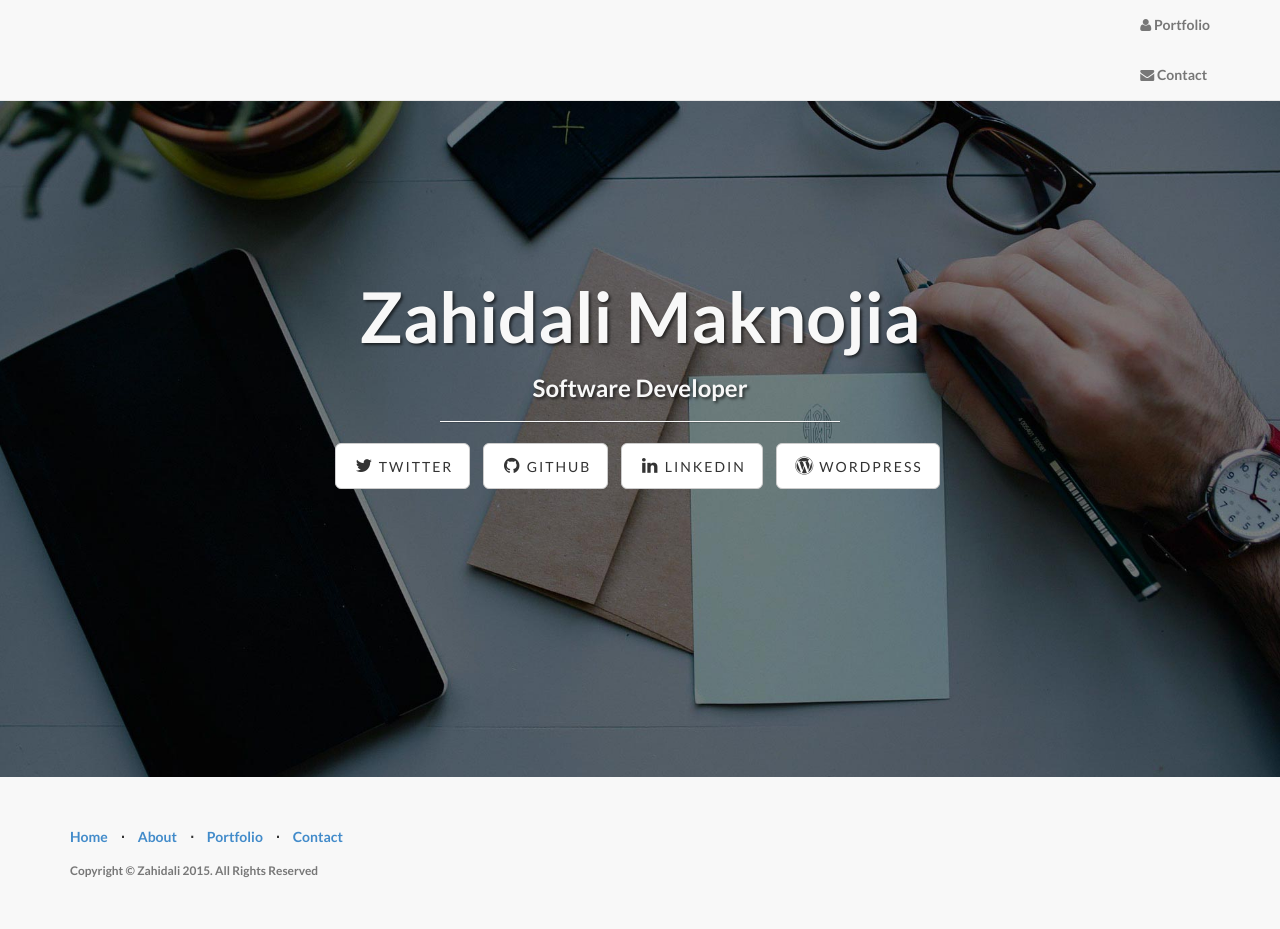
Repository: zahidmak/zahidmak.github.io
Page: index.html
The author's editor kept a record of every edit. The page is drawn from the files as they stood at one moment, then again after the next edit.
The browser window is 1280 px wide. The pictures show the whole page.

Above is the page before.

### index.html
<!DOCTYPE html>
<html lang="en">

<head>

    <meta charset="utf-8">
    <meta http-equiv="X-UA-Compatible" content="IE=edge">
    <meta name="viewport" content="width=device-width, initial-scale=1">
    <meta name="description" content="">
    <meta name="author" content="">

    <title>Zahidali - Software Developer</title>

    <!-- Bootstrap Core CSS -->
    <link href="css/bootstrap.min.css" rel="stylesheet">

    <!-- Custom CSS -->
    <link href="css/landing-page.css" rel="stylesheet">

    <!-- Custom Fonts -->
    <link href="font-awesome-4.1.0/css/font-awesome.min.css" rel="stylesheet" type="text/css">
    <link href="css/style.css" rel="stylesheet" type="text/css"/>
    <link href="http://fonts.googleapis.com/css?family=Lato:300,400,700,300italic,400italic,700italic" rel="stylesheet" type="text/css">

    <!-- HTML5 Shim and Respond.js IE8 support of HTML5 elements and media queries -->
    <!-- WARNING: Respond.js doesn't work if you view the page via file:// -->
    <!--[if lt IE 9]>
        <script src="https://oss.maxcdn.com/libs/html5shiv/3.7.0/html5shiv.js"></script>
        <script src="https://oss.maxcdn.com/libs/respond.js/1.4.2/respond.min.js"></script>
    <![endif]-->
    <script>
      (function(i,s,o,g,r,a,m){i['GoogleAnalyticsObject']=r;i[r]=i[r]||function(){
      (i[r].q=i[r].q||[]).push(arguments)},i[r].l=1*new Date();a=s.createElement(o),
      m=s.getElementsByTagName(o)[0];a.async=1;a.src=g;m.parentNode.insertBefore(a,m)
      })(window,document,'script','//www.google-analytics.com/analytics.js','ga');

      ga('create', 'UA-57121421-1', 'auto');
      ga('send', 'pageview');

    </script>
</head>

<body>

    <!-- Navigation -->
    <nav class="navbar navbar-default navbar-fixed-top" role="navigation">
        <div class="container">
            <!-- Brand and toggle get grouped for better mobile display -->
            <div class="navbar-header">
                <button type="button" class="navbar-toggle" data-toggle="collapse" data-target="#bs-example-navbar-collapse-1">
                    <span class="sr-only">Toggle navigation</span>
                    <span class="icon-bar"></span>
                    <span class="icon-bar"></span>
                    <span class="icon-bar"></span>
                </button>
             <!--   <a class="navbar-brand" href="#">Start Bootstrap</a> -->
            </div>
            <!-- Collect the nav links, forms, and other content for toggling -->
            <div class="collapse navbar-collapse" id="bs-example-navbar-collapse-1">
                <ul class="nav navbar-nav navbar-right">
                   <!-- <li>
                        <a href="#">About</a>
                    </li>
                    <li>
                        <a href="#">Portfolio</a>
                    </li> -->
                    <li>
                         <a href="/portfolio.html"><i class="fa fa-user"></i> Portfolio</a>
                        <a href="mailto:zahid2304@gmail.com"><i class="fa fa-envelope"></i> Contact</a>
                    </li>
                </ul>
            </div>
            <!-- /.navbar-collapse -->
        </div>
        <!-- /.container -->
    </nav>

    <!-- Header -->
    <div class="intro-header">

        <div class="container">

            <div class="row">
                <div class="col-lg-12">
                    <div class="intro-message">
                        <h1>Zahidali Maknojia</h1>
                        <h3>Software Developer</h3>
                        <hr class="intro-divider">
                        <ul class="list-inline intro-social-buttons">
                            <li>
                                <a href="https://twitter.com/zahid_mak" class="btn btn-default btn-lg" target="_blank"><i class="fa fa-twitter fa-fw"></i> <span class="network-name">Twitter</span></a>
                            </li>
                            <li>
                                <a href="https://github.com/zahidmak" class="btn btn-default btn-lg" target="_blank"><i class="fa fa-github fa-fw"></i> <span class="network-name">Github</span></a>
                            </li>
                            <li>
                                <a href="https://ca.linkedin.com/pub/zahidali-maknojia/23/954/9b/" target="_blank" class="btn btn-default btn-lg"><i class="fa fa-linkedin fa-fw"></i> <span class="network-name">Linkedin</span></a>
                            </li>
                               <li>
                                <a href="https://zahidmak.wordpress.com/" class="btn btn-default btn-lg" target="_blank"><i class="fa fa-wordpress fa-fw"></i> <span class="network-name">Wordpress</span></a>
                            </li>
                        </ul>
                    </div>
                </div>
            </div>

        </div>
        <!-- /.container -->

    </div>
    <!-- /.intro-header -->

    <!-- Page Content -->

   <!-- <div class="content-section-a">

        <div class="container">

            <div class="row">
                <div class="col-lg-5 col-sm-6">
                    <hr class="section-heading-spacer">
                    <div class="clearfix"></div>
                    <h2 class="section-heading">Death to the Stock Photo:<br>Special Thanks</h2>
                    <p class="lead">A special thanks to <a target="_blank" href="http://join.deathtothestockphoto.com/">Death to the Stock Photo</a> for providing the photographs that you see in this template. Visit their website to become a member.</p>
                </div>
                <div class="col-lg-5 col-lg-offset-2 col-sm-6">
                    <img class="img-responsive" src="img/ipad.png" alt="">
                </div>
            </div>

        </div>


    </div>


    <div class="content-section-b">

        <div class="container">

            <div class="row">
                <div class="col-lg-5 col-lg-offset-1 col-sm-push-6  col-sm-6">
                    <hr class="section-heading-spacer">
                    <div class="clearfix"></div>
                    <h2 class="section-heading">3D Device Mockups<br>by PSDCovers</h2>
                    <p class="lead">Turn your 2D designs into high quality, 3D product shots in seconds using free Photoshop actions by <a target="_blank" href="http://www.psdcovers.com/">PSDCovers</a>! Visit their website to download some of their awesome, free photoshop actions!</p>
                </div>
                <div class="col-lg-5 col-sm-pull-6  col-sm-6">
                    <img class="img-responsive" src="img/dog.png" alt="">
                </div>
            </div>

        </div>


    </div>


    <div class="content-section-a">

        <div class="container">

            <div class="row">
                <div class="col-lg-5 col-sm-6">
                    <hr class="section-heading-spacer">
                    <div class="clearfix"></div>
                    <h2 class="section-heading">Google Web Fonts and<br>Font Awesome Icons</h2>
                    <p class="lead">This template features the 'Lato' font, part of the <a target="_blank" href="http://www.google.com/fonts">Google Web Font library</a>, as well as <a target="_blank" href="http://fontawesome.io">icons from Font Awesome</a>.</p>
                </div>
                <div class="col-lg-5 col-lg-offset-2 col-sm-6">
                    <img class="img-responsive" src="img/phones.png" alt="">
                </div>
            </div>

        </div>


    </div>


    <div class="banner">

        <div class="container">

            <div class="row">
                <div class="col-lg-6">
                    <h2>Connect to Start Bootstrap:</h2>
                </div>
                <div class="col-lg-6">
                    <ul class="list-inline banner-social-buttons">
                        <li>
                            <a href="https://twitter.com/SBootstrap" class="btn btn-default btn-lg"><i class="fa fa-twitter fa-fw"></i> <span class="network-name">Twitter</span></a>
                        </li>
                        <li>
                            <a href="https://github.com/IronSummitMedia/startbootstrap" class="btn btn-default btn-lg"><i class="fa fa-github fa-fw"></i> <span class="network-name">Github</span></a>
                        </li>
                        <li>
                            <a href="#" class="btn btn-default btn-lg"><i class="fa fa-linkedin fa-fw"></i> <span class="network-name">Linkedin</span></a>
                        </li>
                    </ul>
                </div>
            </div>

        </div>


    </div>
    <!-- /.banner -->

    <!-- Footer -->
    <footer>
        <div class="container">
            <div class="row">
                <div class="col-lg-12">
                    <ul class="list-inline">
                        <li>
                            <a href="#home">Home</a>
                        </li>
                        <li class="footer-menu-divider">&sdot;</li>
                        <li>
                            <a href="#about">About</a>
                        </li>
                        <li class="footer-menu-divider">&sdot;</li>
                        <li>
                            <a href="/portfolio.html">Portfolio</a>
                        </li>
                        <li class="footer-menu-divider">&sdot;</li>
                        <li>
                            <a href="mailto:zahid2304@gmail.com">Contact</a>
                        </li>
                    </ul>
                    <p class="copyright text-muted small">Copyright &copy; Zahidali 2015. All Rights Reserved</p>
                </div>
            </div>
        </div>
    </footer>

    <!-- jQuery Version 1.11.0 -->
    <script src="js/jquery-1.11.0.js"></script>

    <!-- Bootstrap Core JavaScript -->
    <script src="js/bootstrap.min.js"></script>

</body>

</html>

### css/landing-page.css
/*!
 * Start Bootstrap - Landing Page Bootstrap Theme (http://startbootstrap.com)
 * Code licensed under the Apache License v2.0.
 * For details, see http://www.apache.org/licenses/LICENSE-2.0.
 */

body,
html {
    width: 100%;
    height: 100%;
}

body,
h1,
h2,
h3,
h4,
h5,
h6 {
    font-family: "Lato","Helvetica Neue",Helvetica,Arial,sans-serif;
    font-weight: 700;
}

.lead {
    font-size: 18px;
    font-weight: 400;
}

.intro-header {
    padding-top: 50px; /* If you're making other pages, make sure there is 50px of padding to make sure the navbar doesn't overlap content! */
    padding-bottom: 50px;
    text-align: center;
    color: #f8f8f8;
    background: url(../img/intro-bg.jpg) no-repeat center center;
    background-size: cover;
}

.intro-message {
    position: relative;
    padding-top: 20%;
    padding-bottom: 20%;
}

.intro-message > h1 {
    margin: 0;
    text-shadow: 2px 2px 3px rgba(0,0,0,0.6);
    font-size: 5em;
}

.intro-divider {
    width: 400px;
    border-top: 1px solid #f8f8f8;
    border-bottom: 1px solid rgba(0,0,0,0.2);
}

.intro-message > h3 {
    text-shadow: 2px 2px 3px rgba(0,0,0,0.6);
}

@media(max-width:767px) {
    .intro-message {
        padding-bottom: 15%;
    }

    .intro-message > h1 {
        font-size: 3em;
    }

    ul.intro-social-buttons > li {
        display: block;
        margin-bottom: 20px;
        padding: 0;
    }

    ul.intro-social-buttons > li:last-child {
        margin-bottom: 0;
    }

    .intro-divider {
        width: 100%;
    }
}

.network-name {
    text-transform: uppercase;
    font-size: 14px;
    font-weight: 400;
    letter-spacing: 2px;
}

.content-section-a {
    padding: 50px 0;
    background-color: #f8f8f8;
}

.content-section-b {
    padding: 50px 0;
    border-top: 1px solid #e7e7e7;
    border-bottom: 1px solid #e7e7e7;
}

.section-heading {
    margin-bottom: 30px;
}

.section-heading-spacer {
    float: left;
    width: 200px;
    border-top: 3px solid #e7e7e7;
}

.banner {
    padding: 100px 0;
    color: #f8f8f8;
    background: url(../img/banner-bg.jpg) no-repeat center center;
    background-size: cover;
}

.banner h2 {
    margin: 0;
    text-shadow: 2px 2px 3px rgba(0,0,0,0.6);
    font-size: 3em;
}

.banner ul {
    margin-bottom: 0;
}

.banner-social-buttons {
    float: right;
    margin-top: 0;
}

@media(max-width:1199px) {
    ul.banner-social-buttons {
        float: left;
        margin-top: 15px;
    }
}

@media(max-width:767px) {
    .banner h2 {
        margin: 0;
        text-shadow: 2px 2px 3px rgba(0,0,0,0.6);
        font-size: 3em;
    }

    ul.banner-social-buttons > li {
        display: block;
        margin-bottom: 20px;
        padding: 0;
    }

    ul.banner-social-buttons > li:last-child {
        margin-bottom: 0;
    }
}

footer {
    padding: 50px 0;
    background-color: #f8f8f8;
}

p.copyright {
    margin: 15px 0 0;
}

### css/style.css
.timeline {
    list-style: none;
    padding: 20px 0 20px;
    position: relative;
}

    .timeline:before {
        top: 0;
        bottom: 0;
        position: absolute;
        content: " ";
        width: 3px;
        background-color: #eeeeee;
        left: 50%;
        margin-left: -1.5px;
    }

    .timeline > li {
        margin-bottom: 20px;
        position: relative;
    }

        .timeline > li:before,
        .timeline > li:after {
            content: " ";
            display: table;
        }

        .timeline > li:after {
            clear: both;
        }

        .timeline > li:before,
        .timeline > li:after {
            content: " ";
            display: table;
        }

        .timeline > li:after {
            clear: both;
        }

        .timeline > li > .timeline-panel {
            width: 46%;
            float: left;
            border: 1px solid #d4d4d4;
            border-radius: 2px;
            padding: 20px;
            position: relative;
            -webkit-box-shadow: 0 1px 6px rgba(0, 0, 0, 0.175);
            box-shadow: 0 1px 6px rgba(0, 0, 0, 0.175);
        }

            .timeline > li > .timeline-panel:before {
                position: absolute;
                top: 26px;
                right: -15px;
                display: inline-block;
                border-top: 15px solid transparent;
                border-left: 15px solid #ccc;
                border-right: 0 solid #ccc;
                border-bottom: 15px solid transparent;
                content: " ";
            }

            .timeline > li > .timeline-panel:after {
                position: absolute;
                top: 27px;
                right: -14px;
                display: inline-block;
                border-top: 14px solid transparent;
                border-left: 14px solid #fff;
                border-right: 0 solid #fff;
                border-bottom: 14px solid transparent;
                content: " ";
            }

        .timeline > li > .timeline-badge {
            color: #fff;
            width: 50px;
            height: 50px;
            line-height: 50px;
            font-size: 1.4em;
            text-align: center;
            position: absolute;
            top: 16px;
            left: 50%;
            margin-left: -25px;
            background-color: #999999;
            z-index: 100;
            border-top-right-radius: 50%;
            border-top-left-radius: 50%;
            border-bottom-right-radius: 50%;
            border-bottom-left-radius: 50%;
        }

        .timeline > li.timeline-inverted > .timeline-panel {
            float: right;
        }

            .timeline > li.timeline-inverted > .timeline-panel:before {
                border-left-width: 0;
                border-right-width: 15px;
                left: -15px;
                right: auto;
            }

            .timeline > li.timeline-inverted > .timeline-panel:after {
                border-left-width: 0;
                border-right-width: 14px;
                left: -14px;
                right: auto;
            }

.timeline-badge.primary {
    background-color: #2e6da4 !important;
}

.timeline-badge.success {
    background-color: #3f903f !important;
}

.timeline-badge.warning {
    background-color: #f0ad4e !important;
}

.timeline-badge.danger {
    background-color: #d9534f !important;
}

.timeline-badge.info {
    background-color: #5bc0de !important;
}

.timeline-title {
    margin-top: 0;
    color: inherit;
}

.timeline-body > p,
.timeline-body > ul {
    margin-bottom: 0;
}

    .timeline-body > p + p {
        margin-top: 5px;
    }

@media (max-width: 767px) {
    ul.timeline:before {
        left: 40px;
    }

    ul.timeline > li > .timeline-panel {
        width: calc(100% - 90px);
        width: -moz-calc(100% - 90px);
        width: -webkit-calc(100% - 90px);
    }

    ul.timeline > li > .timeline-badge {
        left: 15px;
        margin-left: 0;
        top: 16px;
    }

    ul.timeline > li > .timeline-panel {
        float: right;
    }

        ul.timeline > li > .timeline-panel:before {
            border-left-width: 0;
            border-right-width: 15px;
            left: -15px;
            right: auto;
        }

        ul.timeline > li > .timeline-panel:after {
            border-left-width: 0;
            border-right-width: 14px;
            left: -14px;
            right: auto;
        }
}

Loaded but not shown: css/bootstrap.min.css (library); font-awesome-4.1.0/css/font-awesome.min.css (library); js/jquery-1.11.0.js (library); js/bootstrap.min.js (library)

After the next edit:
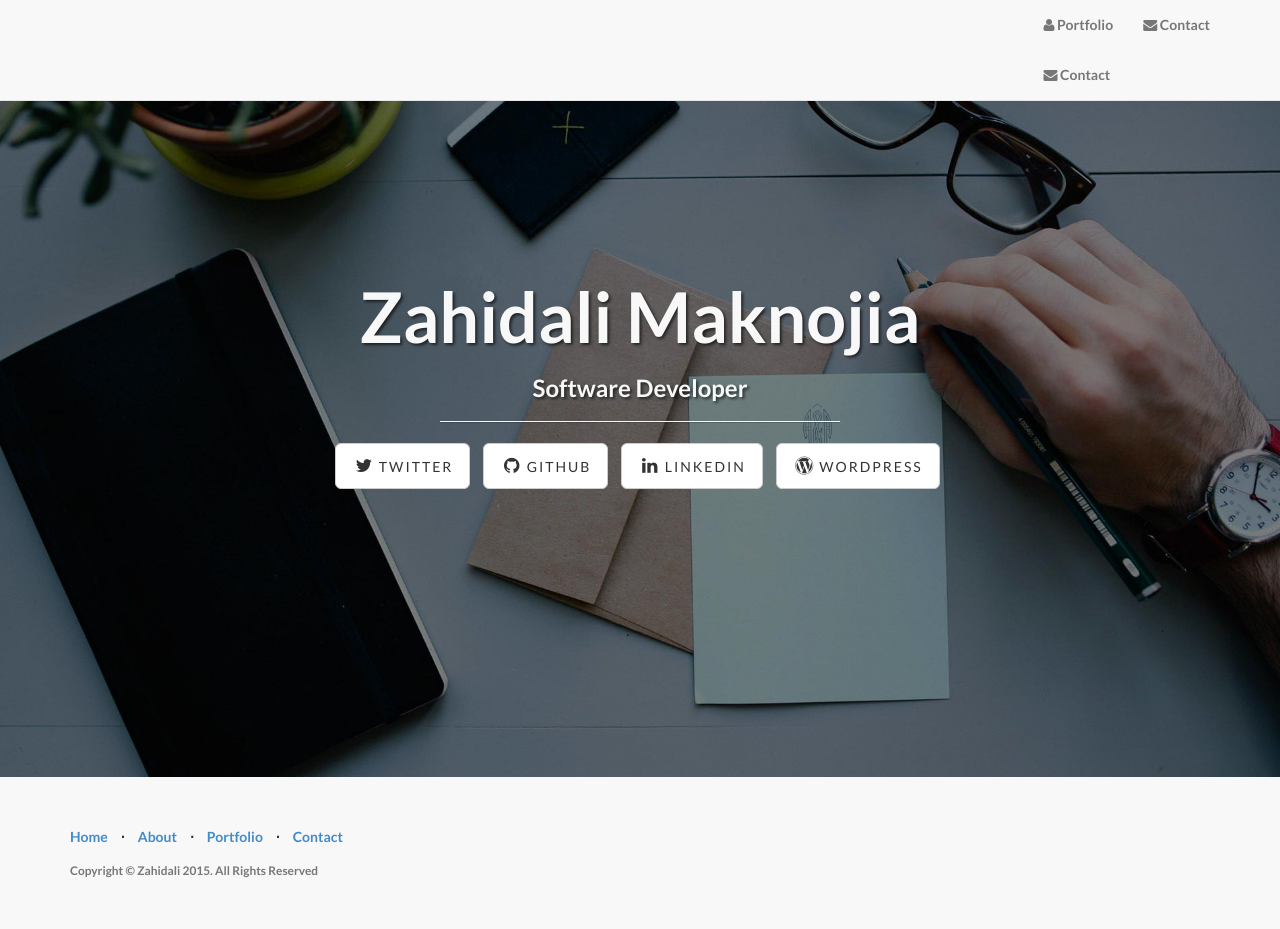
The edit:
--- a/index.html
+++ b/index.html
@@ -68,6 +68,10 @@
                          <a href="/portfolio.html"><i class="fa fa-user"></i> Portfolio</a>
                         <a href="mailto:zahid2304@gmail.com"><i class="fa fa-envelope"></i> Contact</a>
                     </li>
+                     <li>
+
+                        <a href="mailto:zahid2304@gmail.com"><i class="fa fa-envelope"></i> Contact</a>
+                    </li>
                 </ul>
             </div>
             <!-- /.navbar-collapse -->
